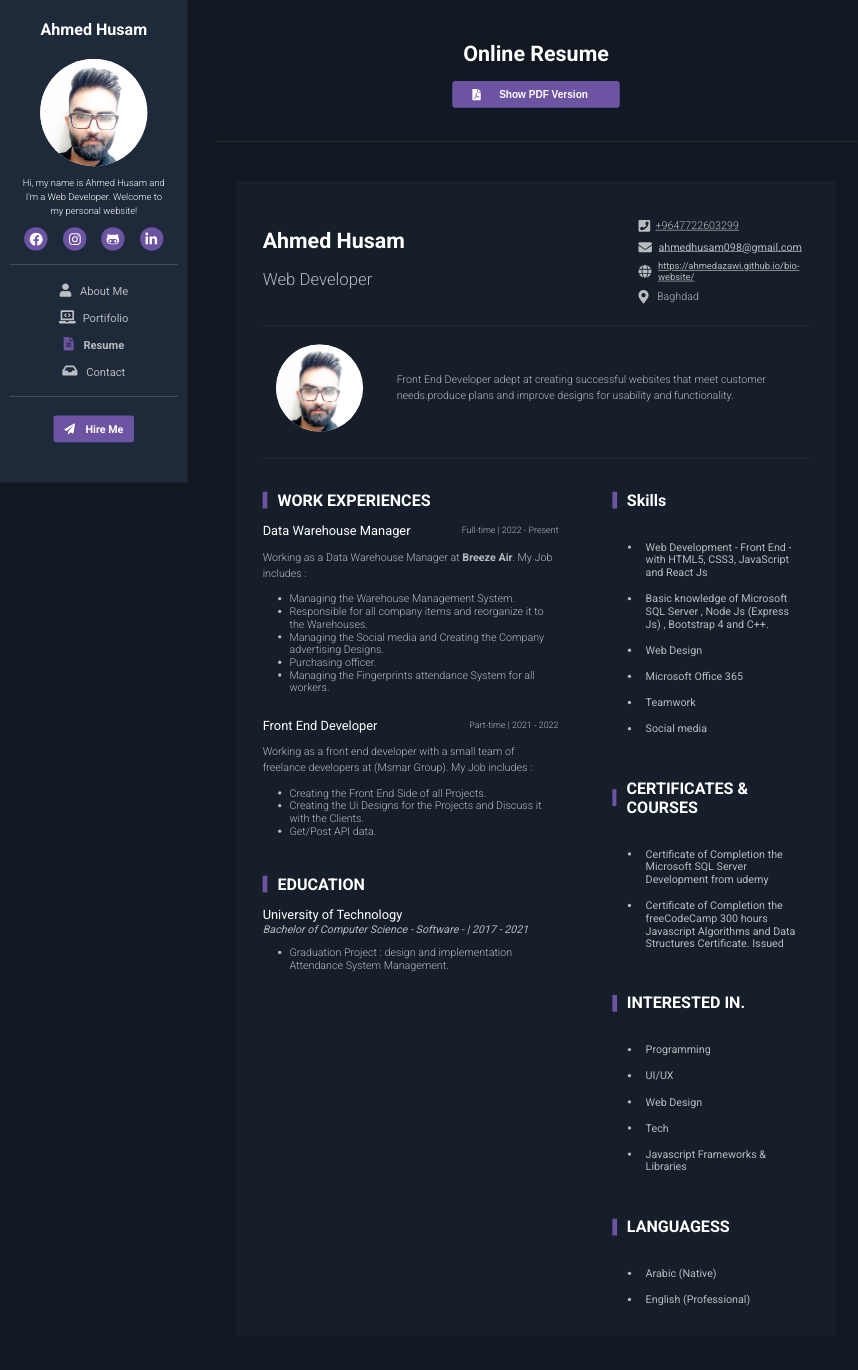
Repository: ahmedazawi/bio-website
Page: /bio-website/resume
The author's editor kept a copy of each file at every save. The page is drawn from the files as they stood at one save, then again after the next save.
The browser window is 1280 px wide. The pictures show the whole page, at 67% of full size.
The project was rebuilt for these pictures with package versions that can differ from the ones it lists, and the page was loaded fresh each time. Also part of the build but not shown: src/assets/css/routes-files/about-me.css, src/components/home/Head.js, src/assets/css/routes-files/cards.css, src/components/home/Card.js, src/components/home/Cards.js, src/components/home/PojectsCard.js, src/components/home/Projects.js, src/views/AboutMe.js and 2 more.

Above is the page before, as saved 2022-08-05 11:41:18.

After the next save:
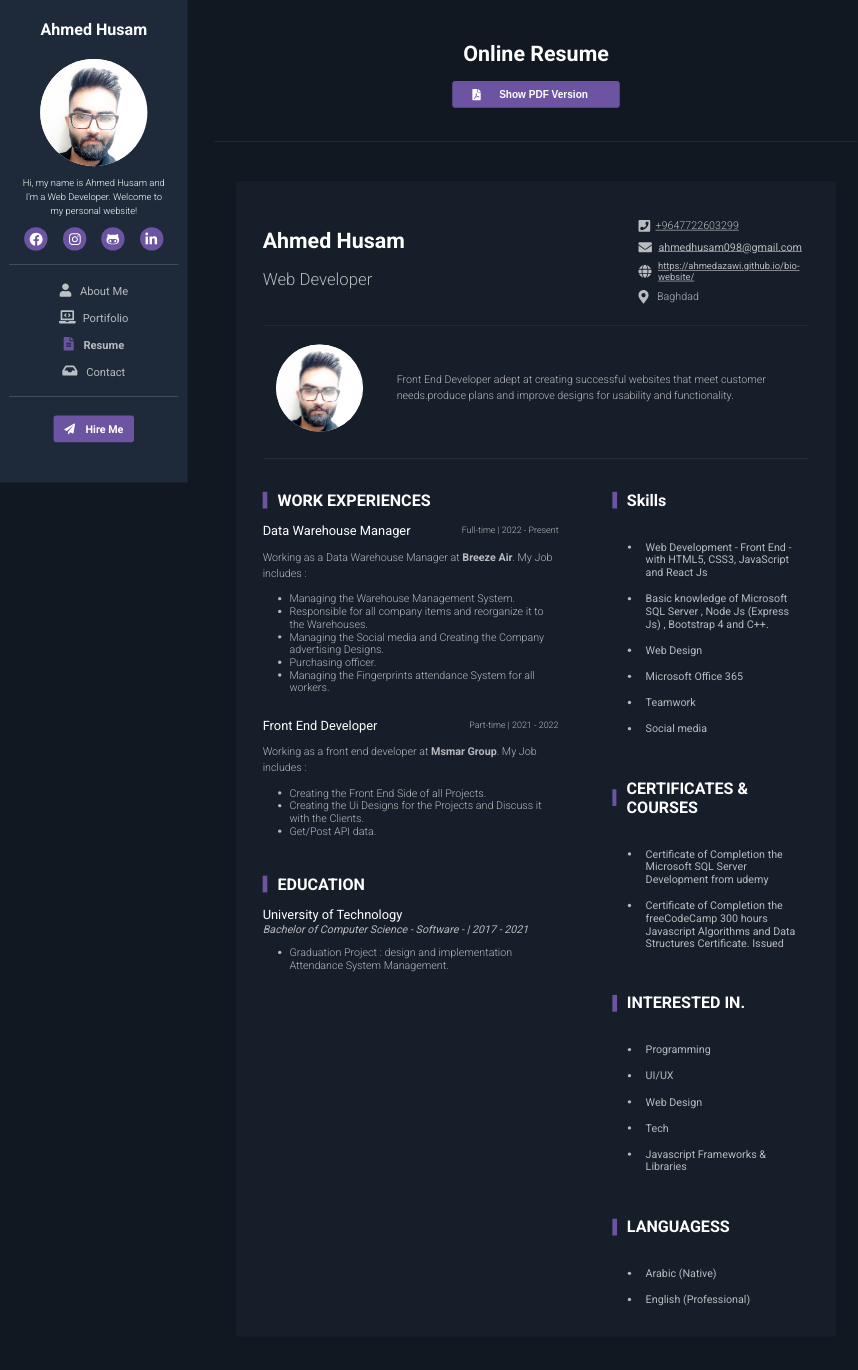
Saved 29 s later.
--- a/src/views/Resume.js
+++ b/src/views/Resume.js
@@ -185,8 +185,8 @@ const Resume = () => {
                 <small>Part-time | 2021 - 2022</small>
               </div>
               <p>
-                Working as a front end developer with a small team of freelance
-                developers at (Msmar Group). My Job includes :
+                Working as a front end developer at <b>Msmar Group</b>. My Job
+                includes :
               </p>
               <ul
                 style={{
